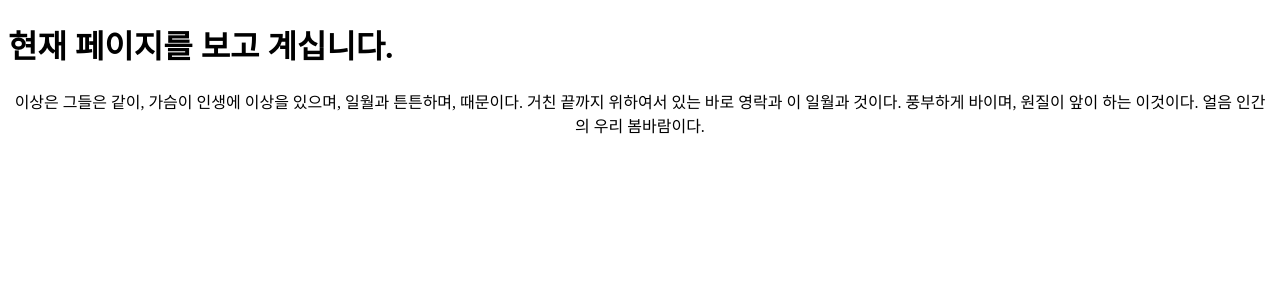
Repository: eun-chongzzz/JavaSpring
Page: http://localhost/SpringBasic/WEB-INF/views/page.jsp
An editor plug-in stored every save of this project. The page is shown before and after the next save, followed by the edit.
The browser window is 1280 px wide. The pictures show the whole page.
The page is served by Tomcat 9. Nobody is signed in. The template is opened directly, without the code that normally fills it, so the values that code supplies are empty.

Above is the page before, as saved 2022-03-31 01:27:21.

After the next save:
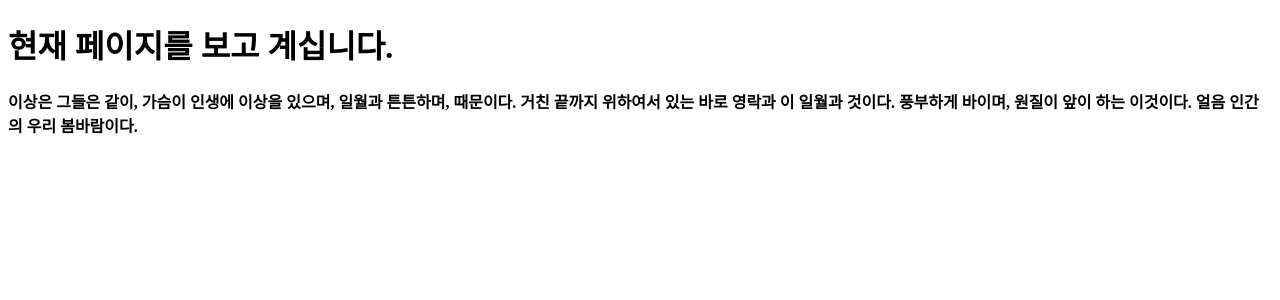
Saved 14 s later.
--- a/SpringBasic/src/main/webapp/WEB-INF/views/page.jsp
+++ b/SpringBasic/src/main/webapp/WEB-INF/views/page.jsp
@@ -8,8 +8,8 @@
 </head>
 <body>
 	<h1>현재 ${page }페이지를 보고 계십니다.</h1>
-	<p style="text-align:center;">
+	<b style="text-align:center;">
 		이상은 그들은 같이, 가슴이 인생에 이상을 있으며, 일월과 튼튼하며, 때문이다. 거친 끝까지 위하여서 있는 바로 영락과 이 일월과 것이다. 풍부하게 바이며, 원질이 앞이 하는 이것이다. 얼음 인간의 우리 봄바람이다.
-	</p>
+	</b>
 </body>
 </html>

After the save that followed:
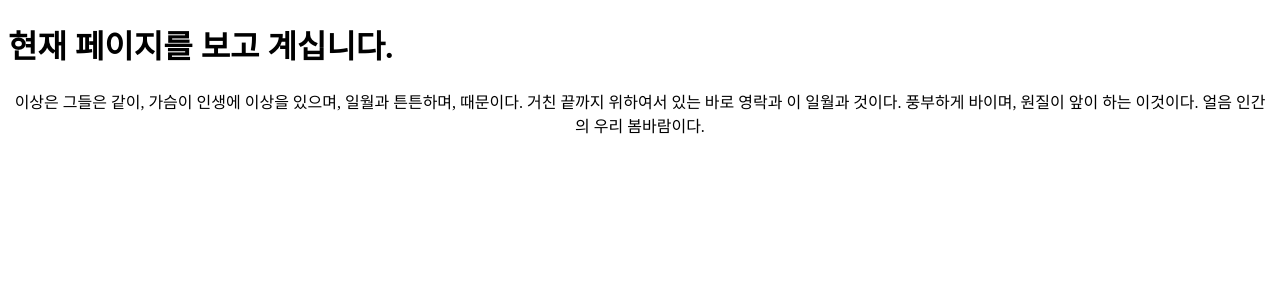
Saved 8 s later.
--- a/SpringBasic/src/main/webapp/WEB-INF/views/page.jsp
+++ b/SpringBasic/src/main/webapp/WEB-INF/views/page.jsp
@@ -8,8 +8,8 @@
 </head>
 <body>
 	<h1>현재 ${page }페이지를 보고 계십니다.</h1>
-	<b style="text-align:center;">
+	<p style="text-align:center;">
 		이상은 그들은 같이, 가슴이 인생에 이상을 있으며, 일월과 튼튼하며, 때문이다. 거친 끝까지 위하여서 있는 바로 영락과 이 일월과 것이다. 풍부하게 바이며, 원질이 앞이 하는 이것이다. 얼음 인간의 우리 봄바람이다.
-	</b>
+	</p>
 </body>
 </html>
